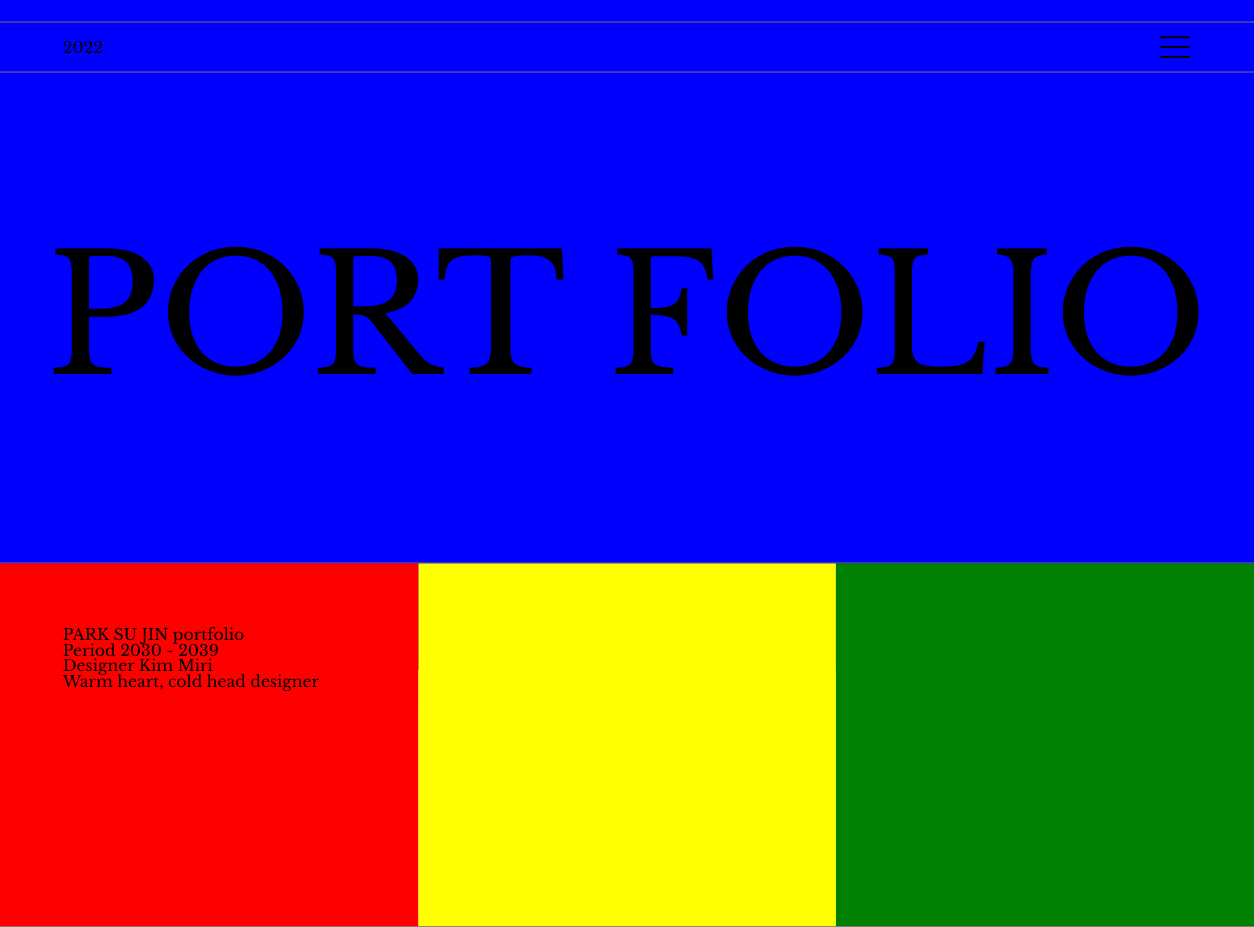
Repository: clsrnemfdml/portfolio_parksj_versiton1
Page: index.html
An editor plug-in stored every save of this project. The page is shown before and after the next save, followed by the edit.
The browser window is 1280 px wide. The pictures show the whole page, at 98% of full size.

Above is the page before, as saved 2021-09-02 07:30:18.

After the next save:
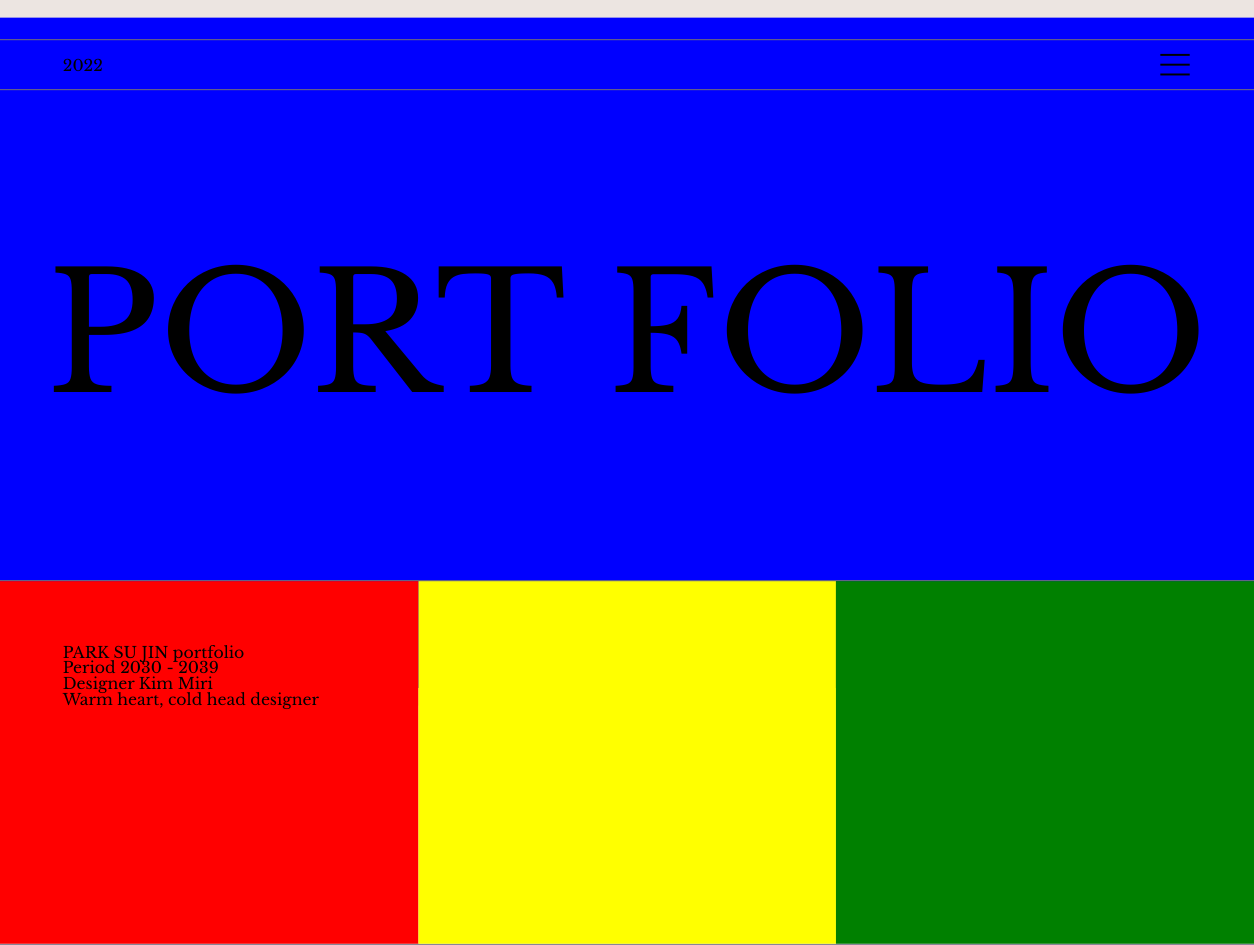
Saved 19 s later.
--- a/css/index.css
+++ b/css/index.css
@@ -14,6 +14,8 @@
     height: 95vh;
     background: blue;
     position: absolute;
+    top: 50%;
+    transform: translateY(-50%);
 }
 
 #wrap #section1 .menu{width: 100%; height: 50px; border-bottom: 1px solid #767371;
